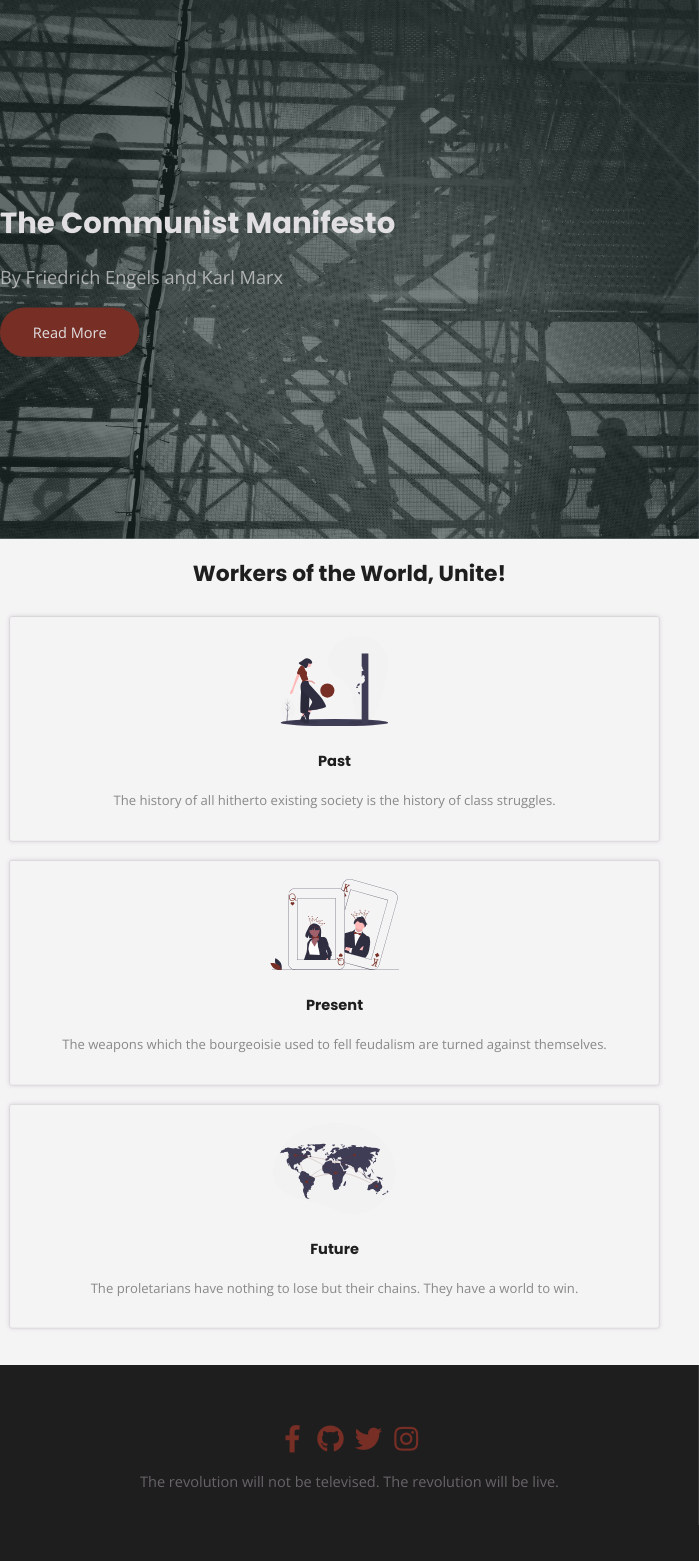
Repository: eaang/landing
Page: index.html
These files come from the project's save history. The page is drawn as it stood at one moment and after the next save; the edit follows.
The browser window is 768 px wide. The pictures show the whole page, at 91% of full size.
Some web libraries are served in a nearby version.

Above is the page before, as saved 2020-06-10 16:59:08.

After the next save:
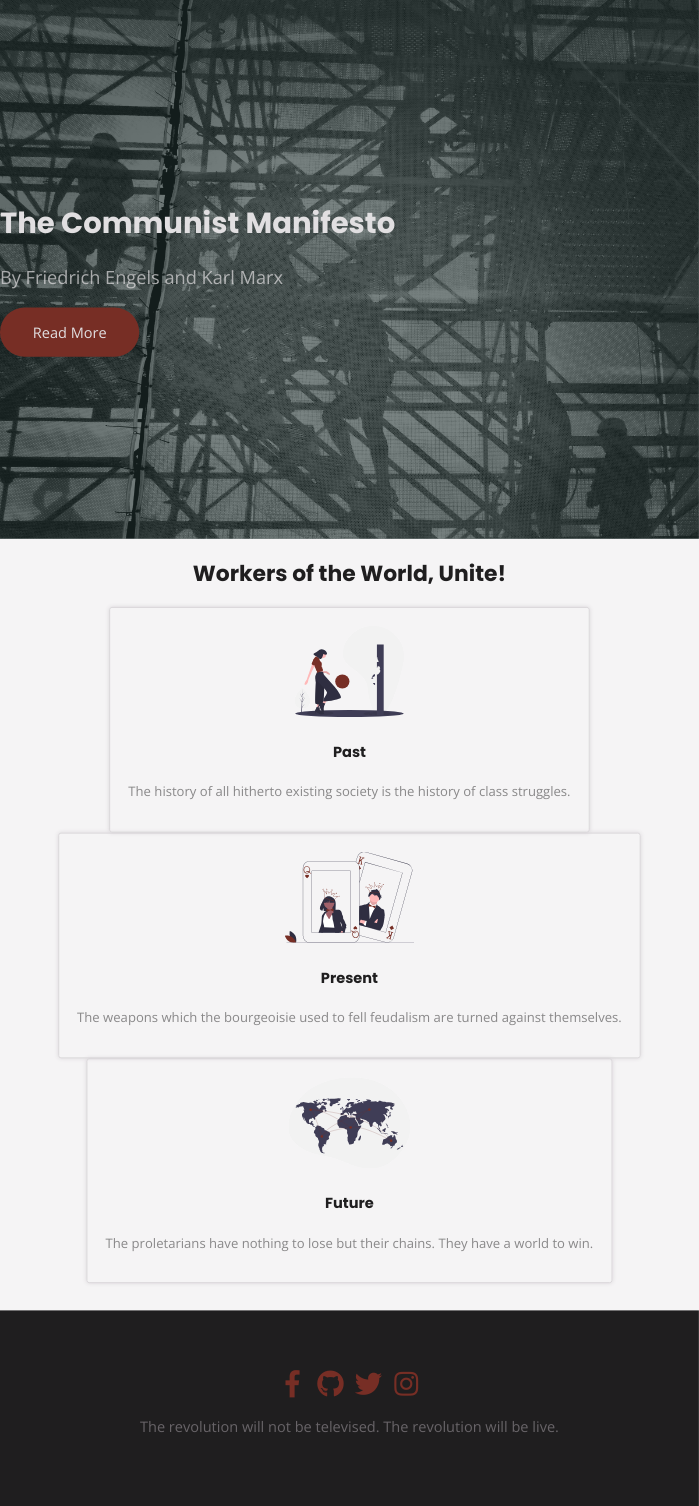
Saved 53 s later.
--- a/css/style.css
+++ b/css/style.css
@@ -134,6 +134,6 @@ a {
   .card {
     margin: 0 10px;
     max-width: 90%;
-    margin: 10px 0;
+    margin: 0 auto;
   }
 }
